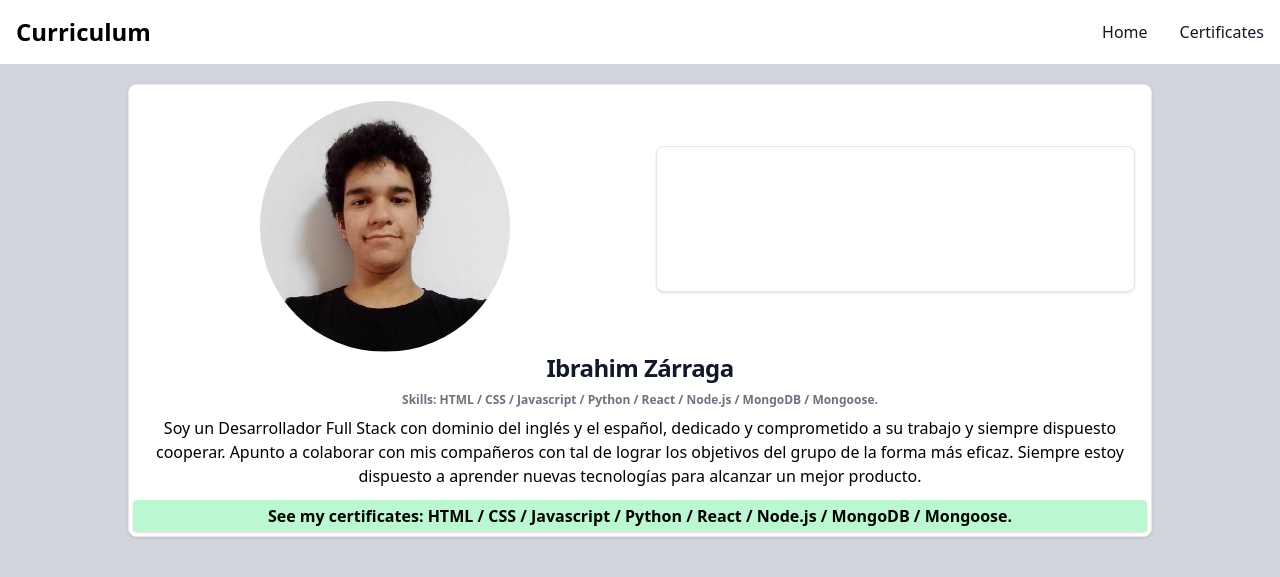
Repository: JetPi/Presentatio-Project
Page: /
An editor plug-in stored every save of this project. The page is shown before and after the next save, followed by the edit.
The browser window is 1280 px wide. The pictures show the whole page.
The project was rebuilt for these pictures with package versions that can differ from the ones it lists, and the page was loaded fresh each time. The framework's server and built-in components were replaced by stand-ins that run in the browser. Also part of the build but not shown: next.config.js.

Above is the page before, as saved 2023-04-04 14:39:36.

After the next save:
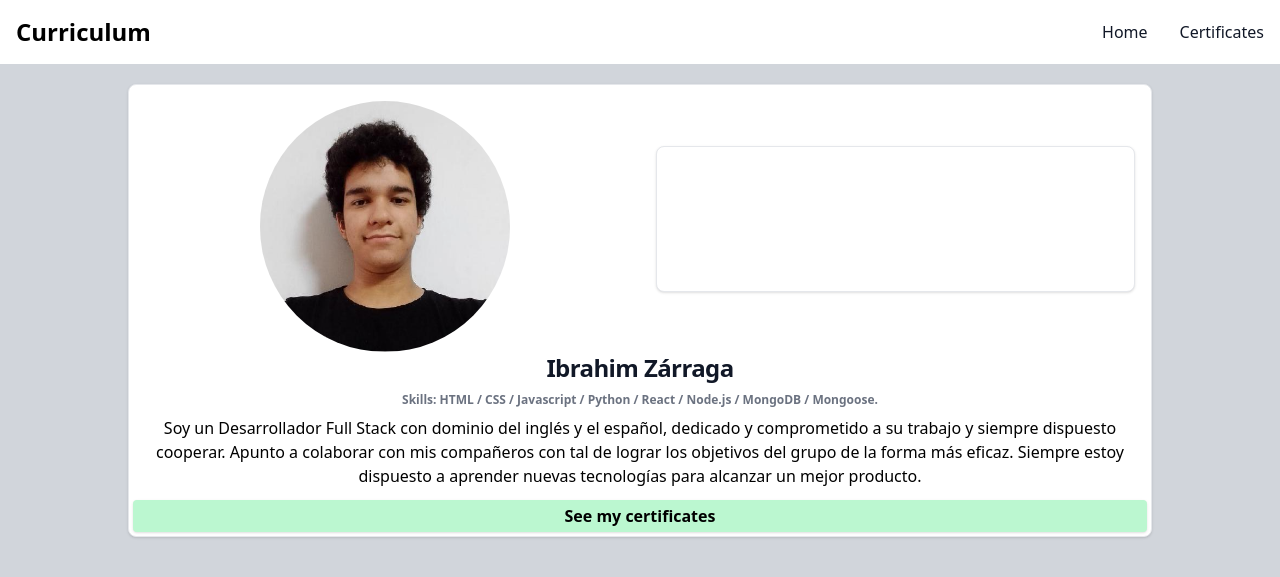
Saved 6 s later.
--- a/src/pages/index.tsx
+++ b/src/pages/index.tsx
@@ -105,7 +105,6 @@ export default function Home() {
             {locale === "es-ES"
               ? "Ver mis certificados"
               : "See my certificates"}
-            : {mySkills}
           </LinkButton>
         </Card>
       </div>
